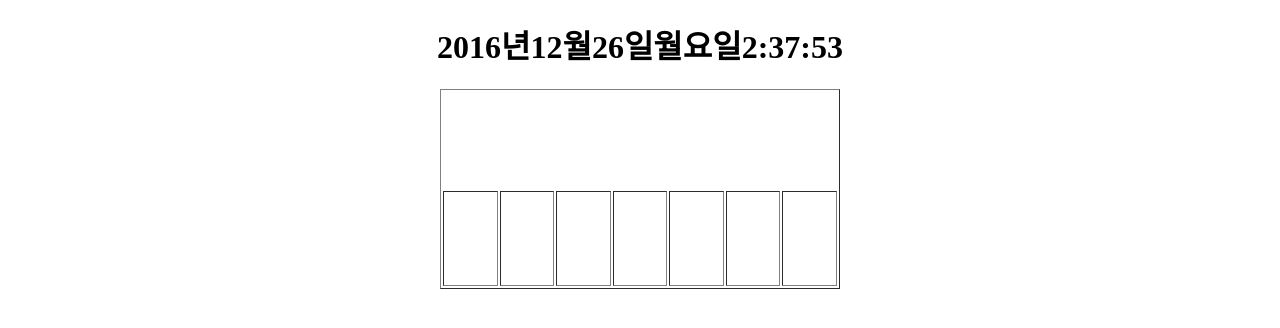
Repository: paul2oh/hellowjava
Page: workspace/javastart_svn/src/javastart/WebContent/clientPrg/a02_script/a15_calender.html
These files come from the project's save history. The page is drawn as it stood at one moment and after the next save; the edit follows.
The browser window is 1280 px wide. The pictures show the whole page.

Above is the page before, as saved 2016-12-30 08:15:34.

### workspace/javastart_svn/src/javastart/WebContent/clientPrg/a02_script/a15_calender.html
<!doctype html>
<html lang="en">
<head>
<meta charset="UTF-8">
<meta name="Generator" content="EditPlus®">
<meta name="Author" content="">
<meta name="Keywords" content="">
<meta name="Description" content="">
<title>Document</title>
<script>
	//date 처리객체

	/*
		날짜와 현재 시간을 처리해주는 객체..


		getMonth() : 월
		getDate() : 일
		getHours() : 시
		getMinutes() : 분
		getSeconds() : 초

		getYear() getFullYear() 년..

		setInterval(함수,1/1000); 해당시간별 마다 반복적으로 처리..

	 */
	window.onload = function() {
		setInterval(startDate, 1000);

	};
	function startDate() {
		var date = new Date();
		var days = [ "일", "월", "화", "수", "목", "금", "토" ]
		var current = "<h1 align='center'>" + date.getFullYear() + "년";
		current += (date.getMonth() + 1) + "월"; //idx 라서 1을 추가 jan feb로 값이 들어있다
		current += (date.getDate()) + "일";
		current += days[date.getDay()] + "요일";
		current += (date.getHours()) + ":";
		current += (date.getMinutes()) + ":";
		current += (date.getSeconds()) + " </h1>";

		document.getElementById("toDay").innerHTML = current;
		document.getElementById("tr01").innerHTML = "";
	};
</script>



</head>
<body>
	<p id="toDay"></p>
	<table id="tab01" align="center" width="400" height="200" border="1">

		<tr id="tr01" height="50%">
			<th>일</th>
			<th>월</th>
			<th>화</th>
			<th>수</th>
			<th>목</th>
			<th>금</th>
			<th>토</th>
		</tr>


		<tr id="tr02">
			<td></td>
			<td></td>
			<td></td>
			<td></td>
			<td></td>
			<td></td>
			<td></td>


		</tr>


	</table>



</body>
</html>

After the next save:
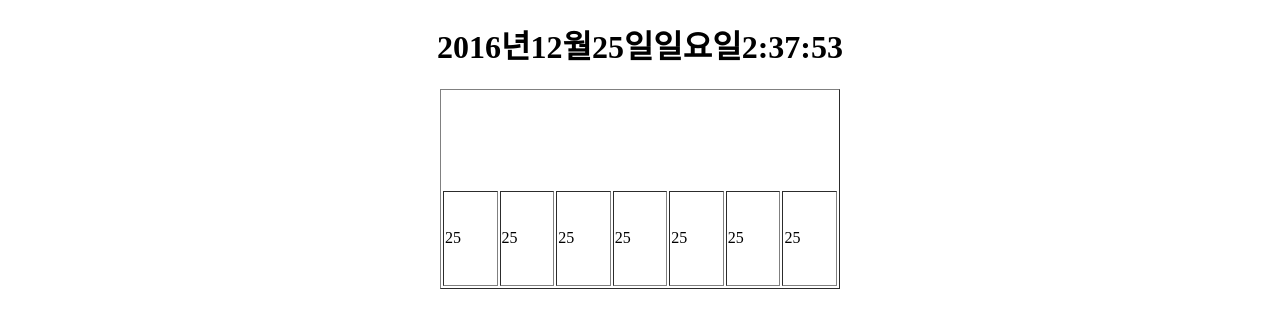
Saved 4 min 12 s later.
--- a/workspace/javastart_svn/src/javastart/WebContent/clientPrg/a02_script/a15_calender.html
+++ b/workspace/javastart_svn/src/javastart/WebContent/clientPrg/a02_script/a15_calender.html
@@ -31,6 +31,8 @@
 	};
 	function startDate() {
 		var date = new Date();
+		var curIdx = date.getDay();
+		date.setDate(date.getDate()-curIdx);
 		var days = [ "일", "월", "화", "수", "목", "금", "토" ]
 		var current = "<h1 align='center'>" + date.getFullYear() + "년";
 		current += (date.getMonth() + 1) + "월"; //idx 라서 1을 추가 jan feb로 값이 들어있다
@@ -41,7 +43,15 @@
 		current += (date.getSeconds()) + " </h1>";
 
 		document.getElementById("toDay").innerHTML = current;
+		var tds=document.getElementsByTagName("td");
+		for(var idx=0;idx<tds.length;idx++){
+			tds[idx].innerHTML=date.getDate();
+
+
+
+		}
 		document.getElementById("tr01").innerHTML = "";
+
 	};
 </script>
 
